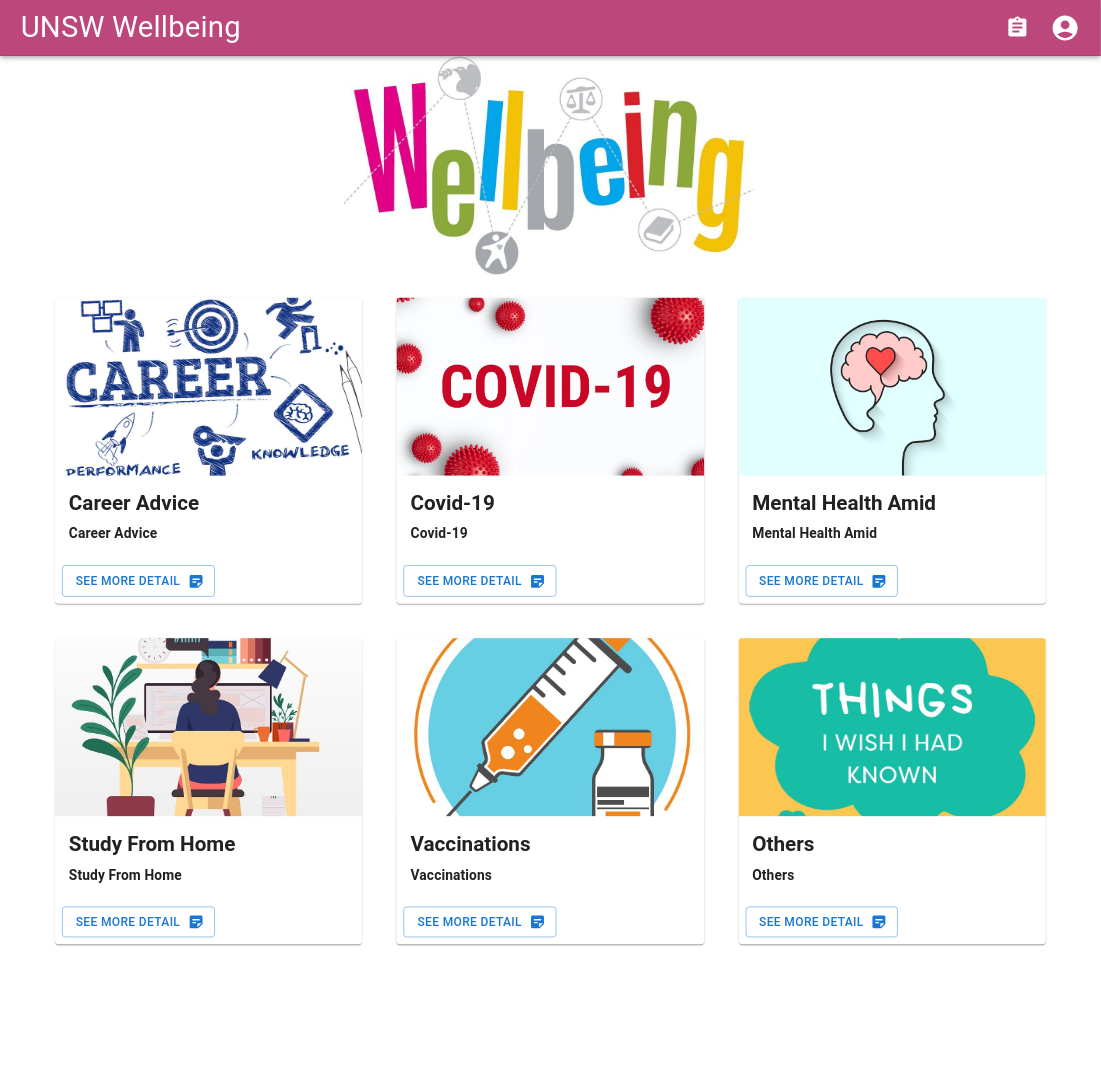
Repository: lplsz/Visionaries
Page: /student_main (app in frontend/)
These files come from the project's save history. The page is drawn as it stood at one moment and after the next save; the edit follows.
The browser window is 1280 px wide. The pictures show the whole page, at 86% of full size.
The project was rebuilt for these pictures with package versions that can differ from the ones it lists, and the page was loaded fresh each time. Also part of the build but not shown: frontend/src/Main.jsx, frontend/src/component/HomeCard.jsx, frontend/src/page/StudentLogin.jsx, frontend/src/page/ExpertLogin.jsx, frontend/src/page/StudentRegister.jsx, frontend/src/page/ExpertRegister.jsx.

Above is the page before, as saved 2022-06-29 01:28:40.

After the next save:
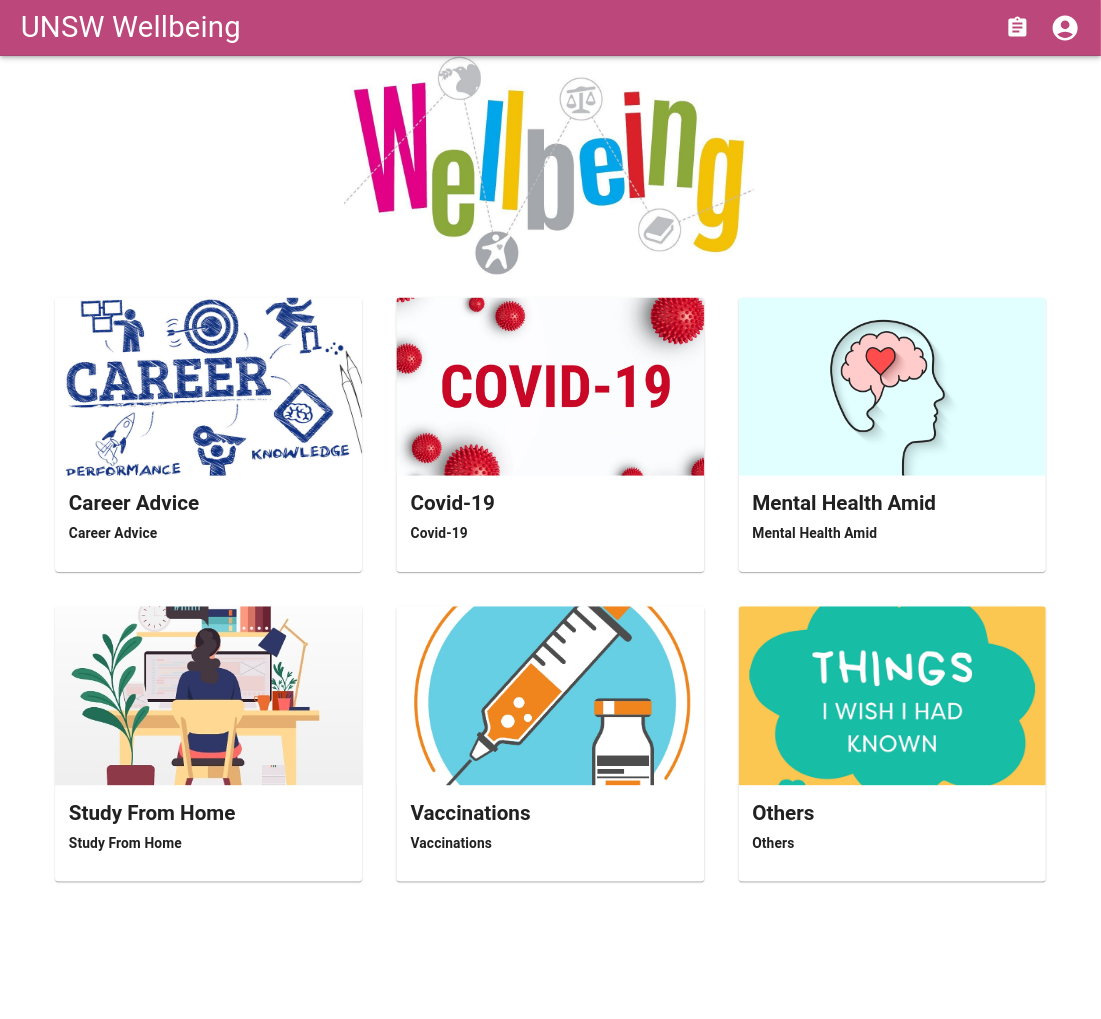
Saved 17 s later.
--- a/frontend/src/component/QACard.jsx
+++ b/frontend/src/component/QACard.jsx
@@ -62,14 +62,14 @@
                     </Typography>
                 </CardContent>
                 <CardActions>
-                    <Button size="medium" color="primary"
+                    {/* <Button size="medium" color="primary"
                         onClick={() => {
                             navigate(`/`)
                         }}
                         endIcon={<StickyNote2Icon />}
                         variant="outlined">
                             See More Detail
-                    </Button>
+                    </Button> */}
                 </CardActions>
             </Card>
         </Grid>
